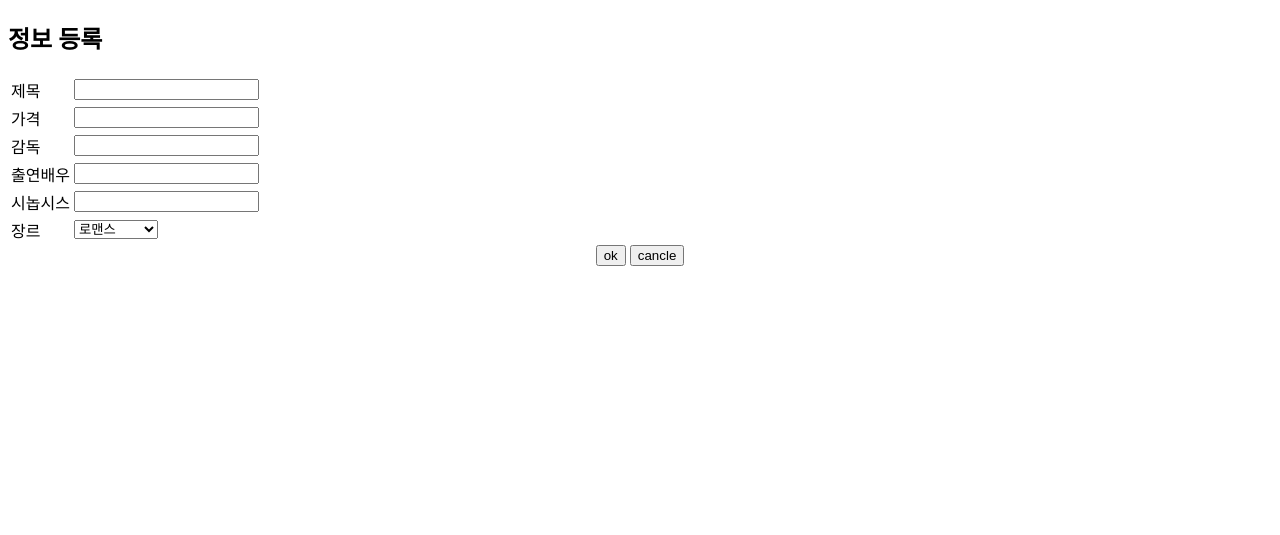
Repository: supremehappy/JSP_test02
Page: http://localhost/test/JSP_Test_06_3_movieWriteForm.jsp
These files come from the project's save history. The page is drawn as it stood at one moment and after the next save; the edit follows.
The browser window is 1280 px wide. The pictures show the whole page.
The page is served by Tomcat 9.

Above is the page before, as saved 2017-07-17 08:10:00.

After the next save:
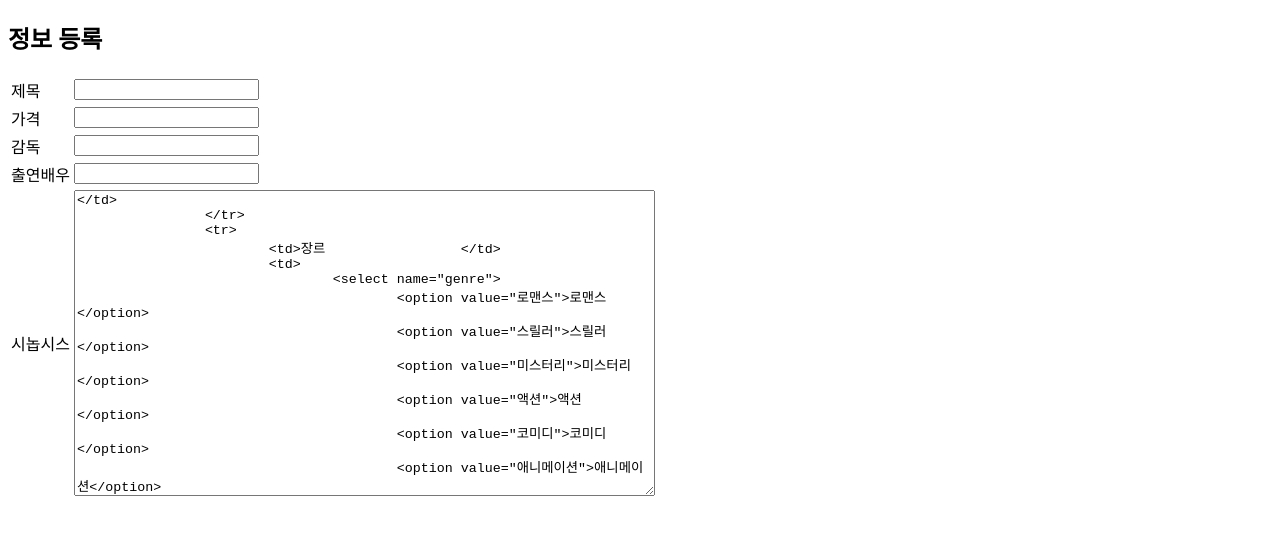
Saved 2 min 13 s later.
--- a/test/WebContent/JSP_Test_06_3_movieWriteForm.jsp
+++ b/test/WebContent/JSP_Test_06_3_movieWriteForm.jsp
@@ -33,7 +33,7 @@
 		</tr>
 		<tr>
 			<td>시놉시스 		</td>
-			<td><input type="text" name="synopsis" size="20"></td>
+			<td><textarea rows="20" cols="70" name="synopsis"></td>
 		</tr>
 		<tr>
 			<td>장르 		</td>
